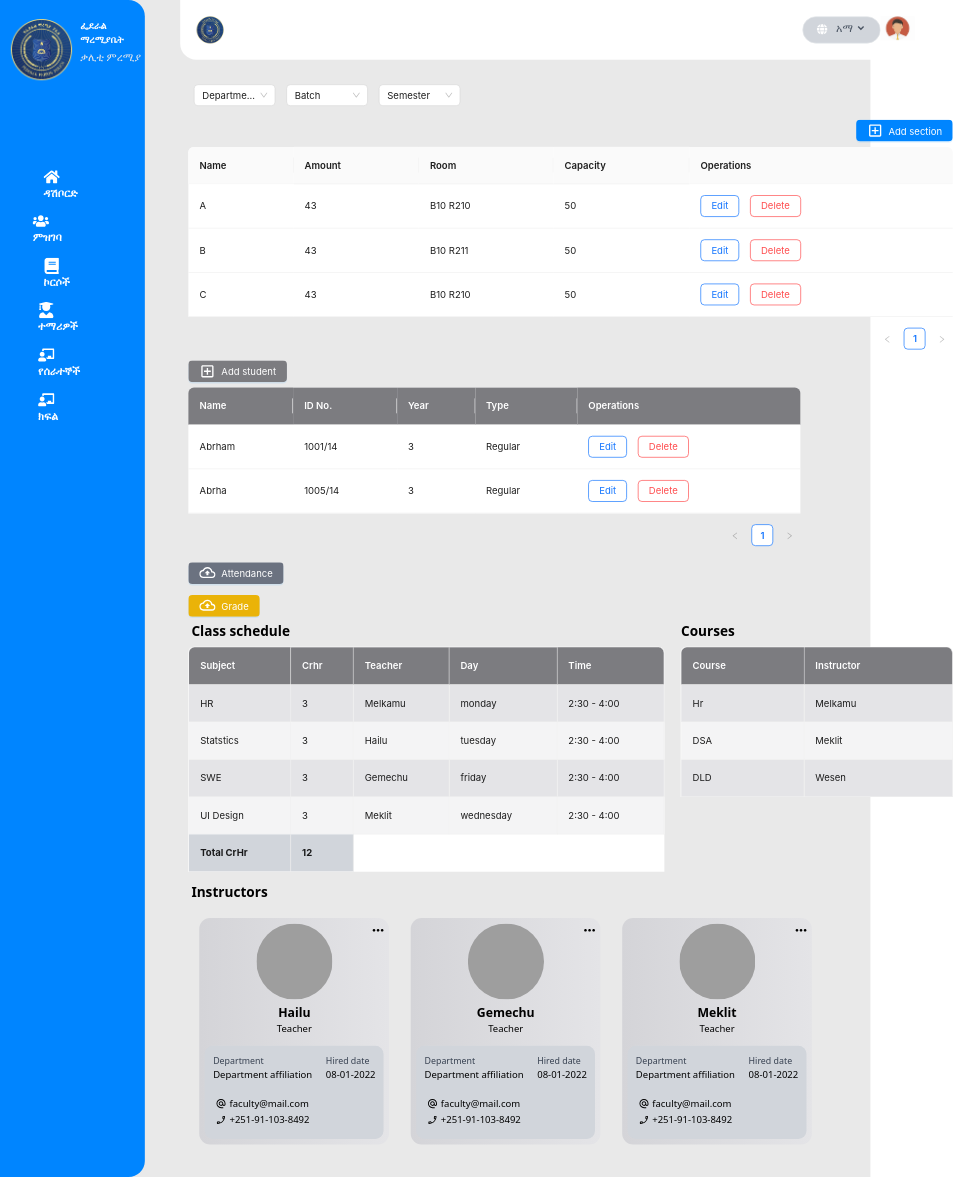
Repository: Yigoya/federal-prison-education-ms-frontend
Page: /classroom, after clicking the first element matching `td.ant-table-cell > a`
An editor plug-in stored every save of this project. The page is shown before and after the next save, followed by the edit.
The browser window is 1280 px wide. The page is 1433 px wide, so the pictures cover 1433 px, including what lies to the right of the window. The pictures show the whole page, at 68% of full size.
Pictures or frames that could not be fetched are drawn as grey boxes. The project was rebuilt for these pictures with package versions that can differ from the ones it lists, and the page was loaded fresh each time. Also part of the build but not shown: vite.config.js, src/pages/DashBoard.jsx, src/pages/Courses.jsx, src/layout/AuthLayout.jsx, src/pages/Login.jsx, src/pages/Teachers.jsx, src/pages/StudentRegistration.jsx, src/components/classroom/ComboBox.jsx and 1 more. Imported but missing from the stored project, and not drawn on this page: src/pages/Students.

Above is the page before, as saved 2024-07-05 16:53:00.

### src/App.jsx
// import { useState } from "react";
import "./App.css";
import { Routes, Route } from "react-router-dom";
import DashBoard from "./pages/DashBoard";
// import Register from "./pages/Register";
import Students from "./pages/Students";
import Courses from "./pages/Courses";
import RootLayout from "./layout/RootLayout";
import AuthLayout from "./layout/AuthLayout";
import Login from "./pages/Login";
import Teachers from "./pages/Teachers";
// import { useTranslation } from "react-i18next";
import { StudentRegistration } from "./pages/StudentRegistration";
import Classroom from "./pages/Classroom";
function App() {
  // const [count, setCount] = useState(0);
  // const { t } = useTranslation();
  return (
    <>
      <Routes>
        <Route element={<AuthLayout />}>
          <Route path="/login" element={<Login />} />
        </Route>
        <Route element={<RootLayout />}>
          <Route path="/" element={<DashBoard />} />
          <Route path="/register" element={<StudentRegistration />} />
          <Route path="/students" element={<Students />} />
          <Route path="/courses" element={<Courses />} />
          <Route path="/allcourse" element={<Courses />} />
          <Route path="/addcourse" element={<Courses />} />
          <Route path="/managecourse" element={<Courses />} />
          <Route path="/classroom" element={<Classroom />} />
          <Route path="/grading" element={<Courses />} />
          <Route path="/staffprofile" element={<Courses />} />
          <Route path="/examscheduling" element={<Teachers />} />
        </Route>
      </Routes>
    </>
  );
}

export default App;

### src/App.css
/* Header row background color */
.ant-table-thead > tr > th {
    background-color: #0085FF; /* Set your desired background color here */
    color: #fff; /* Set the text color if needed */
  }

### src/layout/RootLayout.jsx
// import React from 'react'
import { Outlet } from "react-router-dom";
import Navbar from "../components/Navbar";
import SideBar from "../components/SideBar";
function RootLayout() {
  return (
    <div className="flex flex-row w-full min-h-dvh gap-8 bg-[#E9E9E9]">
        <SideBar />

      <div className="w-full min-h-dvh max-h-full">
        <Navbar />
        <div className="flex-1 flex overflow-hidden">
          <section className="flex-1 overflow-y-scroll">
            <Outlet />
          </section>
        </div>
      </div>
    </div>
  );
}

export default RootLayout;

### src/pages/Classroom.jsx
import { useState } from "react";
import Selector from '../components/classroom/Selector.jsx';
import SectionsTable from "../components/classroom/SectionsTable.jsx";
import NewSectionDrawer from "../components/classroom/NewSectionDrawer.jsx";
import {
  departmentOptions,
  yearOptions,
  semesterOptions,
} from "../data/classroomArrayData.js";
import { Button } from "antd";
import AddBoxOutlinedIcon from "@mui/icons-material/AddBoxOutlined";

const Classroom = () => {
  const [drawerVisiblity, setDrawerVisiblity] = useState(false);
  const handleClick = () => {
    setDrawerVisiblity(prevState => !prevState);
  };

  return (
    <div className="p-8 ">
      <Selector typeName="Department" options={departmentOptions} />
      <Selector typeName="Batch" options={yearOptions} />
      <Selector typeName="Semester" options={semesterOptions} />

      {/* sections table */}
      <div className="mt-4">
        {drawerVisiblity && <NewSectionDrawer visiblity = {drawerVisiblity}/>}
        <div className="grid justify-items-end">
          <Button
            className="bg-[#0085FF] mb-2"
            type="primary"
            onClick={handleClick}
          >
            <AddBoxOutlinedIcon />
            Add section
          </Button>
        </div>
        <SectionsTable />
      </div>
    </div>
  );
};

export default Classroom;

### src/components/Navbar.jsx
import React from 'react'
import { AiOutlineSearch } from 'react-icons/ai';
import logo from '../assets/images/fdre_logo.png'
import { FaGlobe } from 'react-icons/fa';
import avatar from '../assets/images/Avatar.jpg'
import { useTranslation } from 'react-i18next';
function Navbar() {
  const { i18n } = useTranslation();

  const handleLanguageChange = (event) => {
    i18n.changeLanguage(event.target.value);
  };
  return (
    <div className='mr-16 '>
      <div className='bg-white rounded-b-3xl p-6 ml-5 flex justify-between'>
        <div style={{ width: '40px' }} >
          <img src={logo}  alt="logo" />
        </div>
        <div className='flex '>
          <div className='py-1 px-5 border rounded-full bg-gray-300 '>
           <FaGlobe className='inline-block text-white mr-2'/>
            <select onChange={handleLanguageChange} className='inline-block bg-gray-300 text-gray-600' id="">
              <option value="am">አማ</option>
              <option value="en">En</option>
              <option value="or">Oro</option>
            </select>
          </div>
          <div>
            <img src={avatar} width={'50px'}/>
          </div>
        </div>
      </div>

    </div>
  )
}

export default Navbar

### src/components/SideBar.jsx
import { FaHome, FaUserGraduate, FaBook, FaChalkboardTeacher, FaUsers } from 'react-icons/fa';

import logo from '../assets/images/fdre_logo.png'
import { Link } from 'react-router-dom'
import { useTranslation } from 'react-i18next';
function SideBar() {
const {t} = useTranslation()
  return (
    <div className='w-1/4 bg-[#0085FF] rounded-r-3xl'>
          <div className='mt-7 ml-4 flex'>
            <div className='mr-3'>
              <img src={logo} alt="logo" width={'100px'} />
            </div>
            <div>
              <p className ='font-bold text-sm text-white mb-1'>{t('FDRE')}</p>
              <p className='text-gray-200'>{t('kality')}</p>
            </div>

          </div>
          <div className='flex flex-col items-center font-bold text-white py-20 mt-10'>

            <Link className='hover:border border-gray-200 rounded-full hover:bg-gray-100 hover:text-[#0085FF] p-2 px-16 inline-block mr-4' to='/'> <FaHome className='inline-block mr-2 text-2xl'/>{t('dashboard')}</Link>
            <Link className='hover:border border-gray-200 rounded-full py-2 px-12 hover:bg-gray-100 hover:text-[#0085FF] inline-block mr-10 ' to='/register'><FaUsers className='inline-block mr-2 text-2xl'/> {t('register')}</Link>
            <Link className='hover:border border-gray-200 rounded-full py-2 px-16 hover:bg-gray-100 hover:text-[#0085FF] inline-block mr-10 ' to='/courses'><FaBook className='inline-block mr-3  text-2xl'/>{t('courses')}</Link>
            <Link className='hover:border border-gray-200 rounded-full py-2 px-14 hover:bg-gray-100 hover:text-[#0085FF] inline-block mr-8' to='/students'> <FaUserGraduate className='inline-block mr-5  text-2xl'  />{t('students')}</Link>
            <Link className='hover:border border-gray-200 rounded-full py-2 px-14 hover:bg-gray-100 hover:text-[#0085FF] inline-block mr-10' to='/teachers'><FaChalkboardTeacher className='inline-block  mr-5  text-2xl'/>{t('staff')}</Link>
            <Link className='hover:border border-gray-200 rounded-full py-2 px-14 hover:bg-gray-100 hover:text-[#0085FF] inline-block mr-10' to='/classroom'><FaChalkboardTeacher className='inline-block  mr-5  text-2xl'/>{t('classroom')}</Link>

          </div>
        </div>

  )
}

export default SideBar

### src/pages/login.css

* {
    margin: 0;
    box-sizing: border-box;

}
.page {
    height: 100vh;
    width: 100%;
    display: flex;
    justify-content: center;
    align-items: center;
}

.cover {
    background-color: white;
    width: 30em;
    height: 25em;
    position: relative;
    border-radius: 1em;
    box-shadow: 0 0.188em 1.550em rgb(156, 156, 156);
    display: flex;
    flex-direction: column;
    align-items:center;
    justify-content:space-between;
    margin-right: 40px;

}

.container {
    display: flex;
    justify-content: space-between;
    align-items: center;

  }
.image-section {
    margin-left: 20px;
    padding: 100px;

}
.image-section img {
    margin-top: 2px;
    width: "200px";
    height: "200px";
    border-radius: "50%";
    object-fit: contain;

  }

input {
    border: none;
    background-color: rgb(229, 226, 226);
    width: 80%;
    border-radius: 0.25em;
    text-align: center;
    padding: 2em;
    font-size: 0.75em;
}

input:focus {
    outline-color: rgb(32, 177, 255);
}

.btn {
    width: 40%;
    height: 3em;
    background-color: rgb(32, 177, 255);
    display: flex;
    justify-content: center;
    align-items: center;
    transition: 0.5s;
    border-radius: 0.25em;
    cursor: pointer;
}

### src/components/classroom/Selector.jsx
// /* eslint-disable react/prop-types */
import { Select, Space } from 'antd';


const handleChange = (value) => {
  console.log(`selected ${value}`);
};

const Selector = ({typeName, options} ) => (
  <Space wrap>
    <Select
      className='mx-2 my-1'
      defaultValue={typeName}
      style={{
        width: 120,
      }}
      onChange={handleChange}
      options={options} // array of options
    />
  </Space>
);
export default Selector;

### src/components/classroom/SectionsTable.jsx
import { Space, Table, Button } from "antd";
import { sectionsData as data } from "../../data/classroomArrayData.js";
import { useState } from "react";
import StudentsTable from "./StudentsTable.jsx";
import ClassSchedule from "./ClassSchedule.jsx";
import CoursesList from "./CoursesList.jsx";
import InstructorDetails from "./InstructorDetails.jsx";
import UploadCenter from "./UploadCenter.jsx";

const SectionsTable = () => {
  const [activeSection, setActiveSection] = useState(null);

  const columns = [
    {
      title: "Name",
      dataIndex: "name",
      key: "name",
      render: (text) => <a onClick={() => handleSectionClick(text)}>{text}</a>,
    },
    {
      title: "Amount",
      dataIndex: "amount",
      key: "amount",
    },
    {
      title: "Room",
      dataIndex: "room",
      key: "room",
    },
    {
      title: "Capacity",
      dataIndex: "capacity",
      key: "capacity",
    },
    {
      title: "Operations",
      key: "action",
      render: () => (
        <Space size="middle">
          <Button type="primary" ghost>
            Edit
          </Button>
          <Button type="primary" danger ghost>
            Delete
          </Button>
        </Space>
      ),
    },
  ];

  const handleSectionClick = (sectionName) => {
    setActiveSection((prev) => (prev === sectionName ? null : sectionName));
  };

  return (
    <div>
      <Table columns={columns} dataSource={data} />
      {activeSection && (
        <div>
          <StudentsTable section={activeSection} />
          <div className="flex flex-col gap-4 my-2">
          <UploadCenter text={"Attendance"} color={"bg-gray-500"} />
          <UploadCenter text={"Grade"} color={"bg-yellow-500"} />
          </div>
          <div className="flex gap-3">
            <ClassSchedule /> <br />
            <CoursesList />
          </div>
          <h1 className="text-xl mb-2 mt-4 ml-1 font-bold">Instructors</h1>
          <div className="flex">
            <InstructorDetails instructor={"Hailu"}/>
            <InstructorDetails instructor={"Gemechu"}/>
            <InstructorDetails instructor={"Meklit"}/>
          </div>
        </div>
      )}
    </div>
  );
};
export default SectionsTable;

### src/data/classroomArrayData.js
export const departmentOptions = [
  {
    label: "Software",
    value: "software",
  },
  {
    label: "Human Resources",
    value: "human_resources",
  },
  {
    label: "Marketing",
    value: "marketing",
  },
  {
    label: "Sales",
    value: "sales",
  },
  {
    label: "Finance",
    value: "finance",
  },
  {
    label: "Customer Support",
    value: "customer_support",
  },
  {
    label: "IT",
    value: "it",
  },
];

export const yearOptions = [
  {
    label: "1",
    value: 1,
  },
  {
    label: "2",
    value: 2,
  },
  {
    label: "3",
    value: 3,
  },
  {
    label: "4",
    value: 4,
  },
];

export const semesterOptions = [
  {
    label: "I",
    value: 1,
  },
  {
    label: "II",
    value: 2,
  },
];

export const courseOptions = [
  {
    label: "DSA",
    value: "dsa",
  },
  {
    label: "FLAT",
    value: "flat",
  },
  {
    label: "DLD",
    value: "dld",
  },
  {
    label: "OS",
    value: "os",
  },
];

export const studentsData = [
  {
    key: "1",
    name: "Abrham",
    id: "1001/14",
    year: "3",
    type: "Regular",
    section: "A",
  },
  {
    key: "1",
    name: "Abrha",
    id: "1005/14",
    year: "3",
    type: "Regular",
    section: "A",
  },
  {
    key: "2",
    name: "Aster",
    id: "1002/14",
    year: "3",
    type: "Regular",
    section: "B"
  },
  {
    key: "3",
    name: "Askal",
    id: "1003/14",
    year: "3",
    type: "Regular",
    section: "C"
  },
];

export const sectionsData = [
  {
    name: "A",
    amount: 43,
    room: "B10 R210",
    capacity: 50,
  },
  {
    name: "B",
    amount: 43,
    room: "B10 R211",
    capacity: 50,
  },
  {
    name: "C",
    amount: 43,
    room: "B10 R210",
    capacity: 50,
  },
];

### src/components/classroom/StudentsTable.jsx
import { Space, Table, Button } from "antd";
import { studentsData as data } from "../../data/classroomArrayData.js";
import AddBoxOutlinedIcon from "@mui/icons-material/AddBoxOutlined";

const columns = [
  {
    title: "Name",
    dataIndex: "name",
    key: "name",
    render: (text) => <a>{text}</a>,
    onHeaderCell: () => ({
      style: { backgroundColor: "#7c7c80", color: "#fff" },
    }),
  },
  {
    title: "ID No.",
    dataIndex: "id",
    key: "id",
    onHeaderCell: () => ({
      style: { backgroundColor: "#7c7c80", color: "#fff" },
    }),
  },
  {
    title: "Year",
    dataIndex: "year",
    key: "year",
    onHeaderCell: () => ({
      style: { backgroundColor: "#7c7c80", color: "#fff" },
    }),
  },
  {
    title: "Type",
    dataIndex: "type",
    key: "type",
    onHeaderCell: () => ({
      style: { backgroundColor: "#7c7c80", color: "#fff" },
    }),
  },
  {
    title: "Operations",
    key: "action",
    onHeaderCell: () => ({
      style: { backgroundColor: "#7c7c80", color: "#fff" },
    }),
    render: () => (
      <Space size="middle">
        <Button type="primary" ghost>
          Edit
        </Button>
        <Button type="primary" danger ghost>
          Delete
        </Button>
      </Space>
    ),
  },
];

// eslint-disable-next-line react/prop-types
const StudentsTable = ({ section }) => {
  return (
    <div>
      <Button className="bg-[#7c7c80] mb-2" type="primary">
        <AddBoxOutlinedIcon />
        Add student
      </Button>
      <Table
        className="w-[900px]"
        columns={columns}
        dataSource={data.filter((student) => student.section === section)}
      />
      {console.log("the section clicked is : ", section)}
    </div>
  );
};
export default StudentsTable;

### src/components/classroom/ClassSchedule.jsx
import { Table, Typography } from "antd";
const { Text } = Typography;


const columns = [
  {
    title: "Subject",
    dataIndex: "subject",
    onHeaderCell: () => ({
      style: { backgroundColor: "#7c7c80", color: "#fff" },
    }),
  },
  {
    title: "Crhr",
    dataIndex: "crhr",
    onHeaderCell: () => ({
      style: { backgroundColor: "#7c7c80", color: "#fff" },
    }),
  },
  {
    title: "Teacher",
    dataIndex: "teacher",
    onHeaderCell: () => ({
      style: { backgroundColor: "#7c7c80", color: "#fff" },
    }),
  },
  {
    title: "Day",
    dataIndex: "day",
    onHeaderCell: () => ({
      style: { backgroundColor: "#7c7c80", color: "#fff" },
    }),
  },
  {
    title: "Time",
    dataIndex: "time",
    onHeaderCell: () => ({
      style: { backgroundColor: "#7c7c80", color: "#fff" },
    }),
  },
];
const data = [
  {
    key: "1",
    subject: "HR",
    crhr: 3,
    teacher: "Melkamu",
    day: "monday",
    time: "2:30 - 4:00",
  },
  {
    key: "2",
    subject: "Statstics",
    crhr: 3,
    teacher: "Hailu",
    day: "tuesday",
    time: "2:30 - 4:00",
  },
  {
    key: "3",
    subject: "SWE",
    crhr: 3,
    teacher: "Gemechu",
    day: "friday",
    time: "2:30 - 4:00",
  },
  {
    key: "3",
    subject: "UI Design",
    crhr: 3,
    teacher: "Meklit",
    day: "wednesday",
    time: "2:30 - 4:00",
  },
];

const ClassSchedule = () => (
  <div className="flex justify-center">
    <div>
      <h1 className="text-xl mb-2 ml-1 font-bold">Class schedule</h1>
      <Table
        className="w-[700px]"
        borderColor="#0085FF"
        columns={columns}
        dataSource={data}
        pagination={false}
        bordered
        rowClassName={(record, index) =>
          index % 2 === 0 ? "bg-zinc-200" : "bg-zinc-100"
        }
        summary={(pageData) => {
          let totalCrhr = 0;
          pageData.forEach(({ crhr }) => {
            totalCrhr += crhr;
          });
          return (
            <>
              <Table.Summary.Row className="font-bold bg-gray-300">
                <Table.Summary.Cell index={0}>Total CrHr</Table.Summary.Cell>
                <Table.Summary.Cell index={1}>
                  <Text>{totalCrhr}</Text>
                </Table.Summary.Cell>
              </Table.Summary.Row>
            </>
          );
        }}
      />
    </div>
  </div>
);
export default ClassSchedule;

### src/components/classroom/CoursesList.jsx
import { Table } from "antd";

const columns = [
  {
    title: "Course",
    dataIndex: "course",
    onHeaderCell: () => ({
      style: { backgroundColor: "#7c7c80", color: "#fff" },
    }),
  },
  {
    title: "Instructor",
    dataIndex: "instructor",
    onHeaderCell: () => ({
        style: { backgroundColor: "#7c7c80", color: "#fff" }
      })
  },
];
const data = [
  {
    key: "1",
    course: "Hr",
    instructor: "Melkamu",
  },
  {
    key: "2",
    course: "DSA",
    instructor: "Meklit",
  },
  {
    key: "3",
    course: "DLD",
    instructor: "Wesen",
  },
];

const CoursesList = () => (
  <>
    <div className="flex justify-center">
        <div>
        <h1 className="text-xl mb-2 font-bold">Courses</h1>
      <Table
        className="w-[400px]"
        columns={columns}
        dataSource={data}
        pagination={false}
        bordered
        rowClassName={(record, index) =>
          index % 2 === 0 ? "bg-zinc-200" : "bg-zinc-100"
        }
      />
        </div>

    </div>
  </>
);
export default CoursesList;

### src/components/classroom/InstructorDetails.jsx
import MoreHorizOutlinedIcon from "@mui/icons-material/MoreHorizOutlined";
import AlternateEmailOutlinedIcon from "@mui/icons-material/AlternateEmailOutlined";
import PhoneEnabledOutlinedIcon from "@mui/icons-material/PhoneEnabledOutlined";

const InstructorDetails = ({instructor}) => {
  return (
    <div className="m-4 w-fit p-2 w-2/5 rounded-2xl relative bg-gradient-to-r from-zinc-300 to-zinc-200">
      {/* Main content */}
      <div className="flex flex-col place-items-center">
        <div className="flex justify-between items-center">
          <img
            src="https://img.freepik.com/premium-vector/user-vector-icon-outline-style-isolated-white-background-mobile-app-website-logotype-ui-human-symbol-man-silhouette-social-member-sign-personal-profile-sign-10-eps_824631-3088.jpg?w=740"
            alt="Profile"
            className="h-28 w-28 rounded-full"
          />
          <div className="absolute top-0 right-0 mt-1 mr-1">
            <MoreHorizOutlinedIcon className="hover:text-sky-500"/>
          </div>
        </div>

        <h1 className="text-lg mt-1 font-semibold">{instructor}</h1>
        <p className="text-sm">Teacher</p>
      </div>

      {/* Additional info */}
      <div className="bg-gray-300 rounded-xl w-full p-3 leading-3.5 mt-4">
        <div className="flex gap-5">
          <div>
            <p className="text-[13px] text-gray-700">Department</p>
            <p className="text-[14px]">Department affiliation</p>
          </div>
          <div>
            <p className="text-[13px] text-gray-700">Hired date</p>
            <p className="text-[14px]">08-01-2022</p>
          </div>
        </div>

        <div className="mt-6 leading-4 text-[14px]">
          <div className="flex">
            <AlternateEmailOutlinedIcon className="pb-2" />
            <p>faculty@mail.com</p>
          </div>
          <div className="flex">
            <PhoneEnabledOutlinedIcon className="pb-2"/>
            <p>+251-91-103-8492</p>
          </div>
        </div>
      </div>
    </div>
  );
};

export default InstructorDetails;

### src/components/classroom/UploadCenter.jsx
import CloudUploadOutlinedIcon from '@mui/icons-material/CloudUploadOutlined';
import {Button} from 'antd';

const UploadCenter = ({text, color}) => {
  return (
    <div>
        <Button type="primary" className={color} icon={<CloudUploadOutlinedIcon className="text-sky-400"/>} > {text}</Button>
    </div>
  )
}

export default UploadCenter

Loaded but not shown: index.html (common file); src/main.jsx (common file); src/index.css (common file); tailwind.config.js (common file); src/i18n.js (152 lines, source omitted)

After the next save:
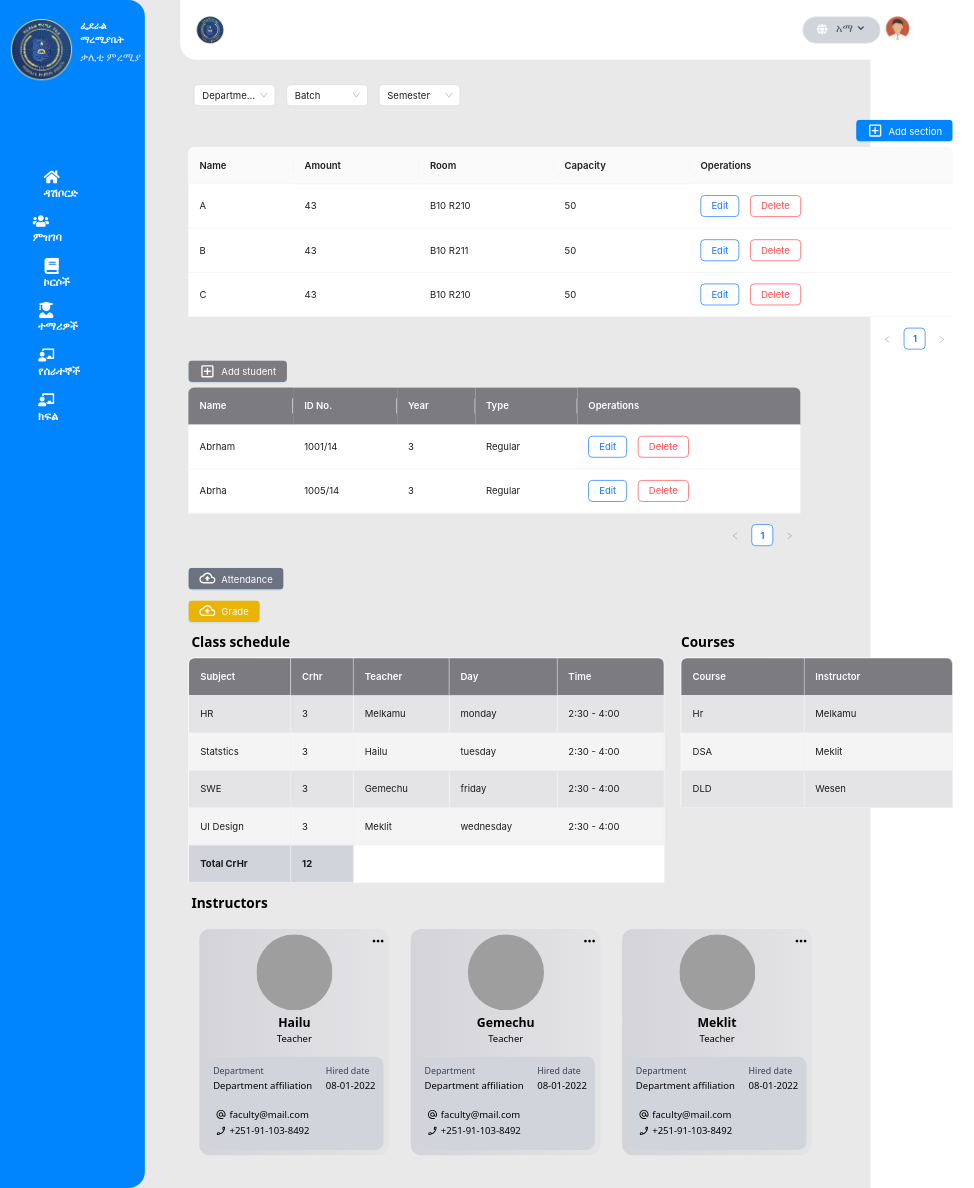
Saved 5 s later.
--- a/src/components/classroom/SectionsTable.jsx
+++ b/src/components/classroom/SectionsTable.jsx
@@ -58,7 +58,7 @@
       {activeSection && (
         <div>
           <StudentsTable section={activeSection} />
-          <div className="flex flex-col gap-4 my-2">
+          <div className="flex flex-col gap-4 my-4">
           <UploadCenter text={"Attendance"} color={"bg-gray-500"} />
           <UploadCenter text={"Grade"} color={"bg-yellow-500"} />
           </div>
